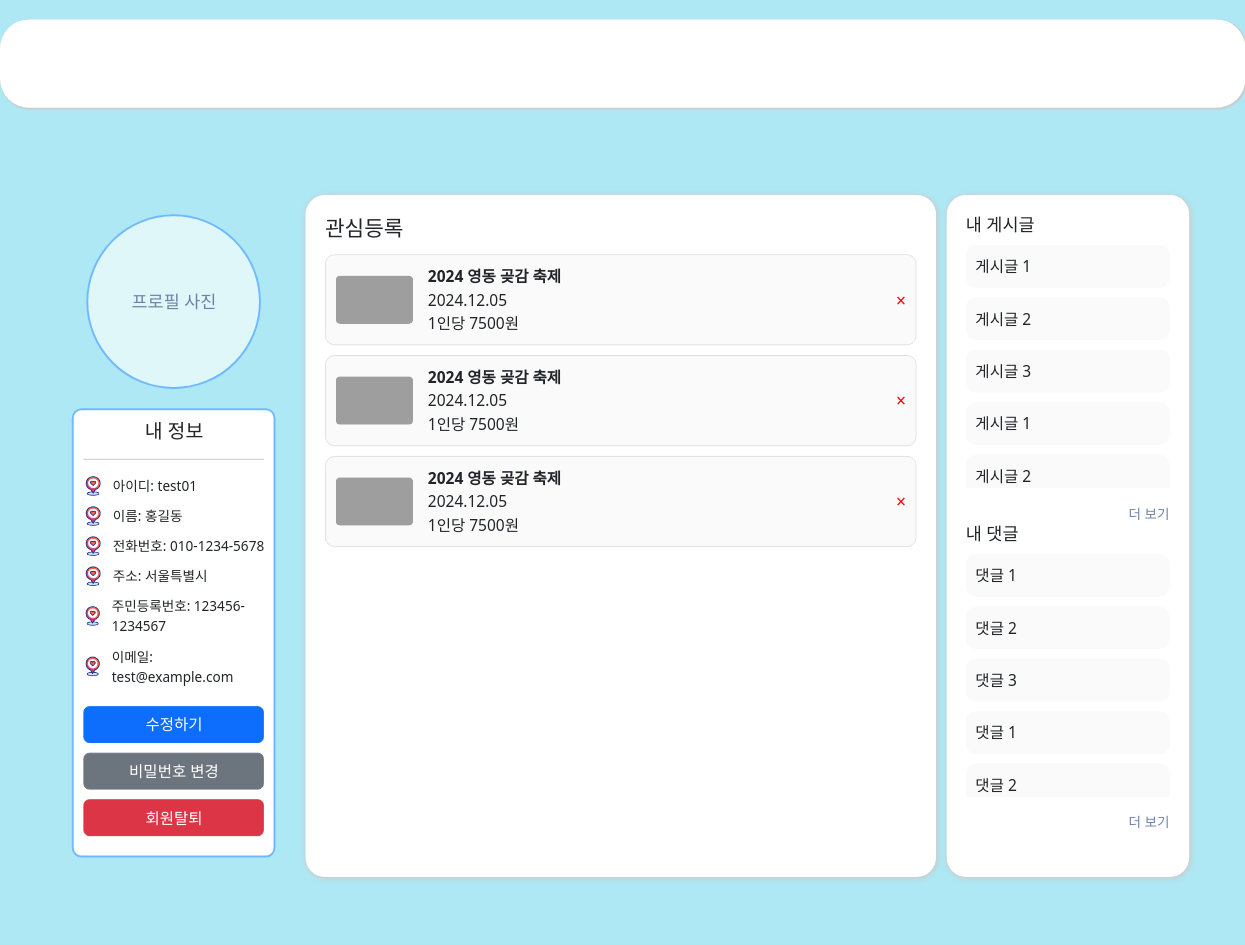
Repository: KimMJ0964/jsp
Page: http://localhost/Trafi/views/mypage/myPageMain.jsp
These files come from the project's save history. The page is drawn as it stood at one moment and after the next save; the edit follows.
The browser window is 1280 px wide. The page is 1284 px wide, so the pictures cover 1284 px, including what lies to the right of the window. The pictures show the whole page, at 97% of full size.
Pictures or frames that could not be fetched are drawn as grey boxes. The page is served by Tomcat 9.

Above is the page before, as saved 2024-09-19 08:30:10.

After the next save:
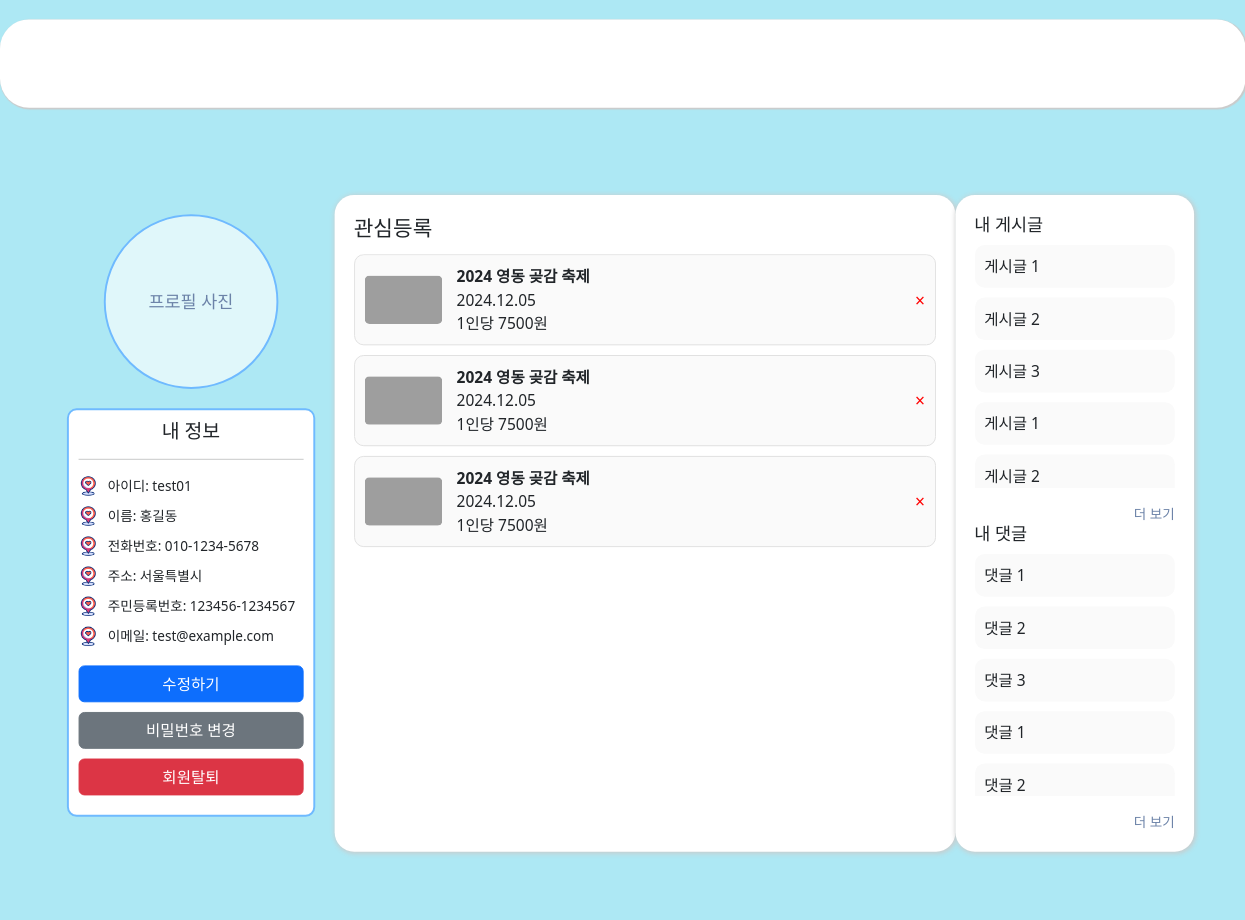
Saved 100 s later.
--- a/Trafi/src/main/webapp/views/mypage/myPageMain.jsp
+++ b/Trafi/src/main/webapp/views/mypage/myPageMain.jsp
@@ -41,7 +41,7 @@
         /* 프로필 섹션 */
         .profile-section {
             padding: 20px;
-            width: 250px;
+            width: 300px;
         }
         .profile-section .profile-image {
             width: 180px;
